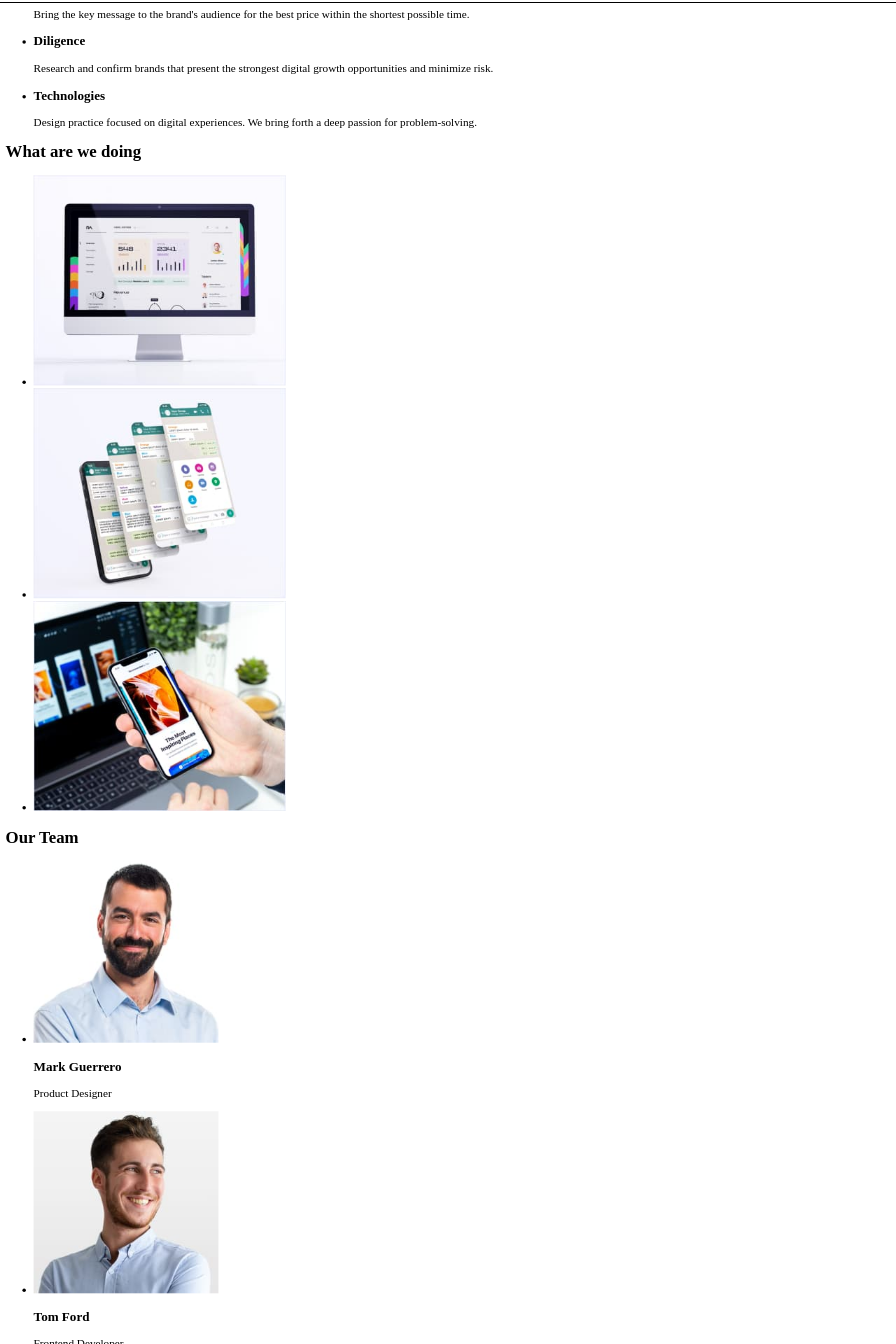
Repository: GrishchenkoNataliya/goit-markup-hw-02
Page: index.html
An editor plug-in stored every save of this project. The page is shown before and after the next save, followed by the edit.
The browser window is 1280 px wide. The pictures show the part of the page from y = 362 to 2282 px (the page is 3089 px tall before and 2803 px after), at 70% of full size.

Above is the page before, as saved 2023-02-27 13:25:36.

After the next save:
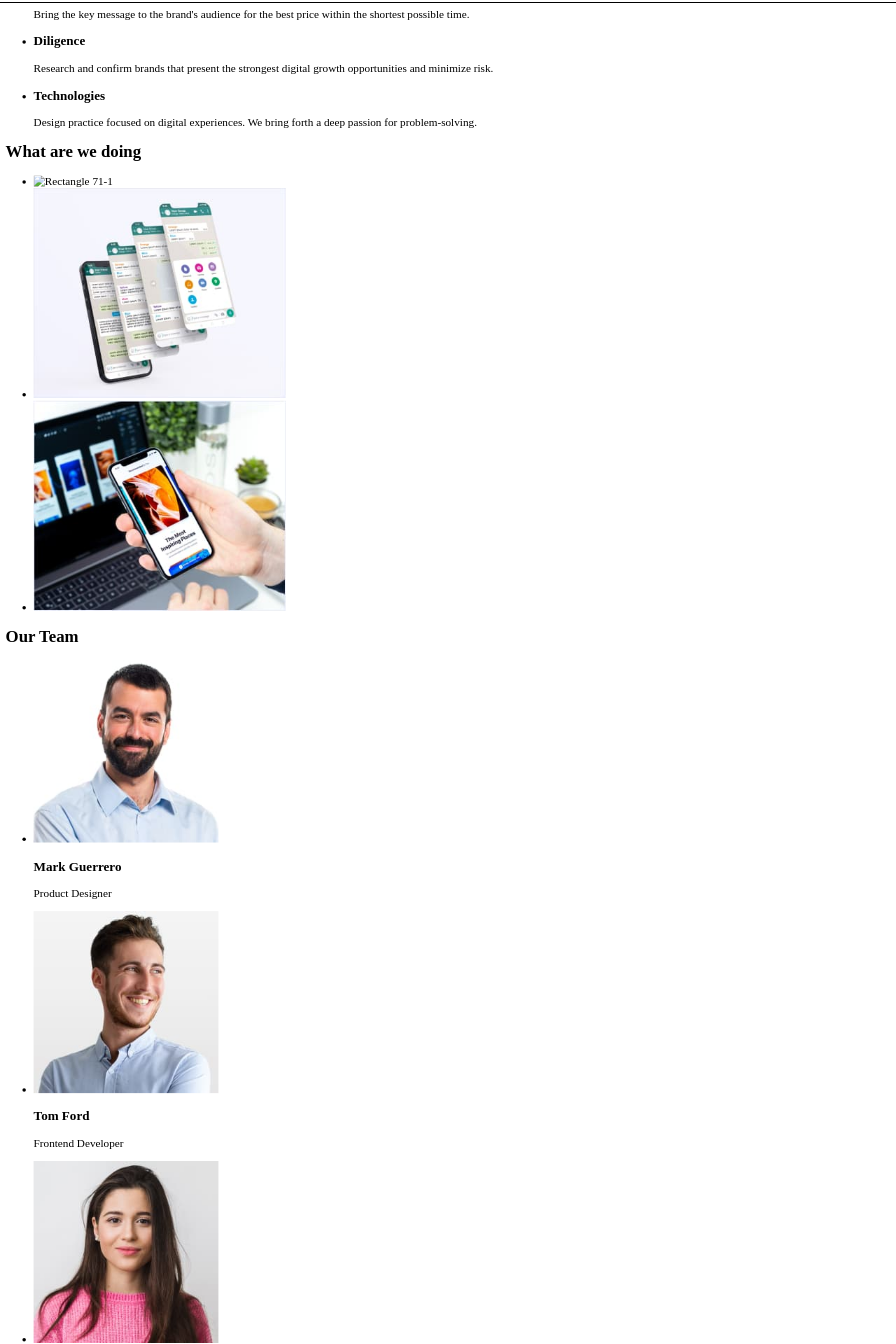
Not found: images/pages_1/Rectangle71-1.jpg
Saved 13 min 28 s later.
--- a/index.html
+++ b/index.html
@@ -79,7 +79,7 @@
         <ul>
           <li>
             <img
-              src="./images/Rectangle71-1.jpg"
+              src="./images/pages_1/Rectangle71-1.jpg"
               alt="Rectangle 71-1"
               width="360"
             />
